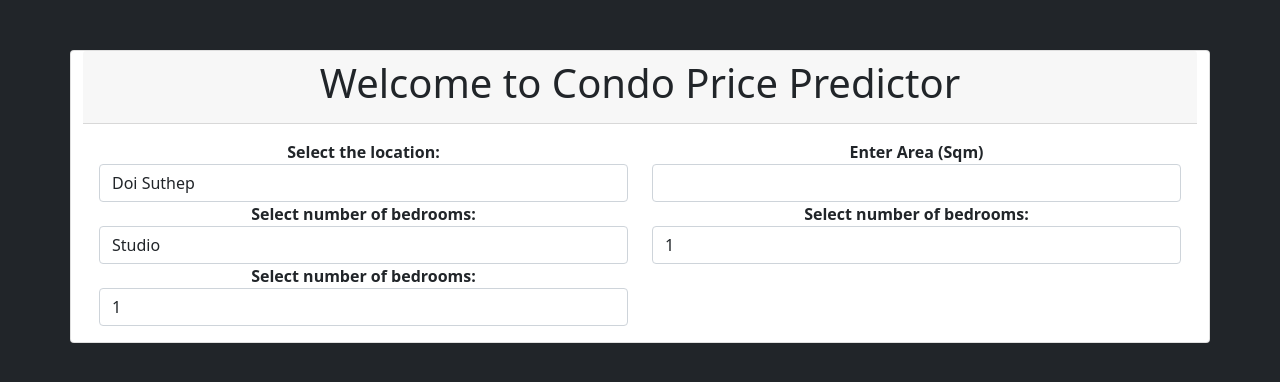
Repository: myothida/condoprice_CNX
Page: http://localhost/
These files come from the project's save history. The page is drawn as it stood at one moment and after the next save; the edit follows.
The browser window is 1280 px wide. The pictures show the whole page.
The page is served by the project's application, run on Flask 3 (main.py).

Above is the page before, as saved 2023-09-26 21:57:17.

After the next save:
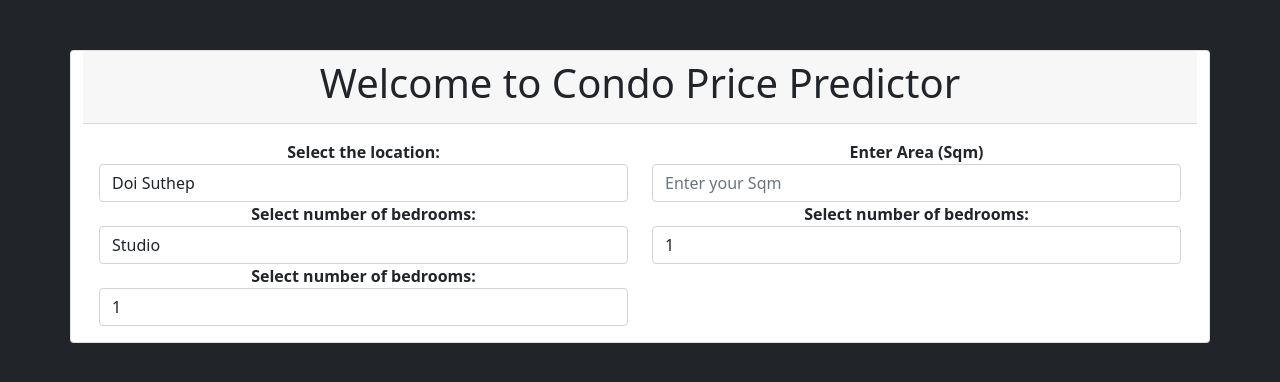
Saved 15 s later.
--- a/templates/index.html
+++ b/templates/index.html
@@ -43,7 +43,13 @@
 
                 <div class="col-md-6 form-group" style="text-align: center">
                   <label><b> Enter Area (Sqm) </b> </label>
-                  <input type="text" class="form-control" id="" name=" " />
+                  <input
+                    type="text"
+                    class="form-control"
+                    id=""
+                    name=" "
+                    placeholder="Enter your Sqm"
+                  />
                 </div>
                 <div class="col-md-6 form-group" style="text-align: center">
                   <label><b> Select number of bedrooms: </b> </label>
